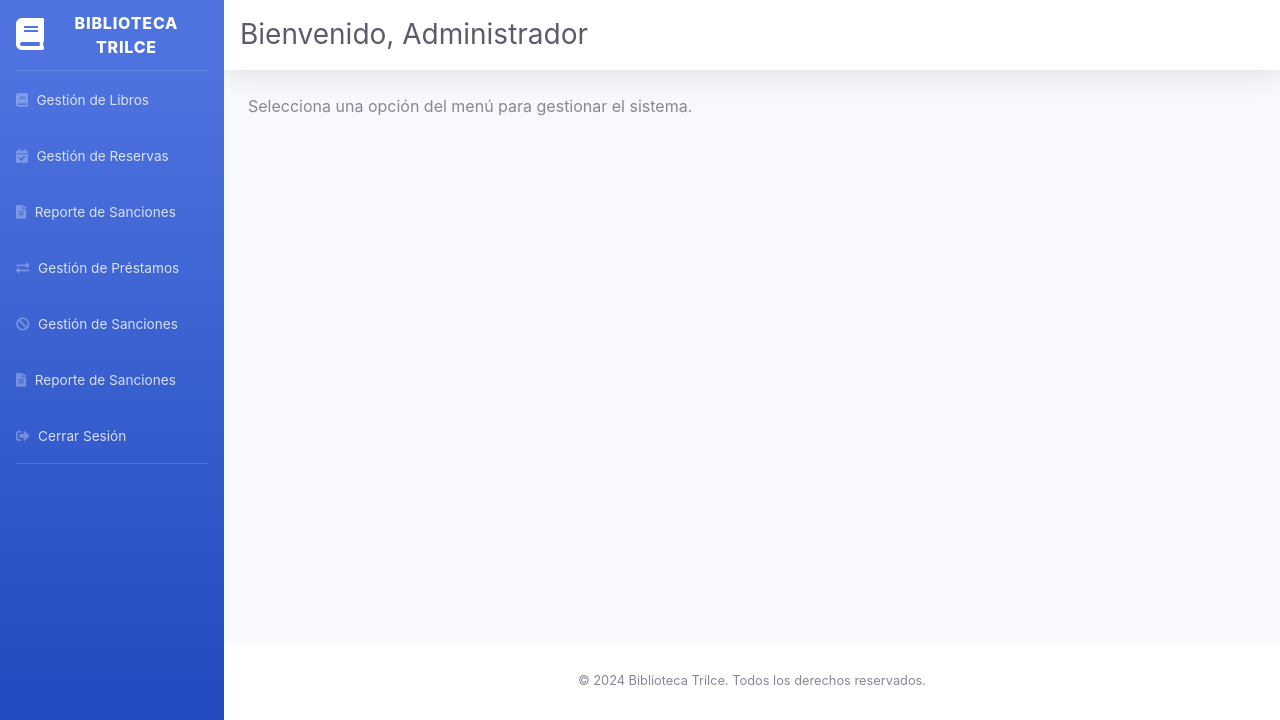
Repository: maycky02/Bibloteca_integrador
Page: http://localhost/admin/dashboard
These files come from the project's save history. The page is drawn as it stood at one moment and after the next save; the edit follows.
The browser window is 1280 px wide. The pictures show the whole page.
The page is this project's Thymeleaf template; nobody is signed in. The template is opened directly, without the code that normally fills it, so the values that code supplies are empty.

Above is the page before, as saved 2024-12-02 03:35:52.

After the next save:
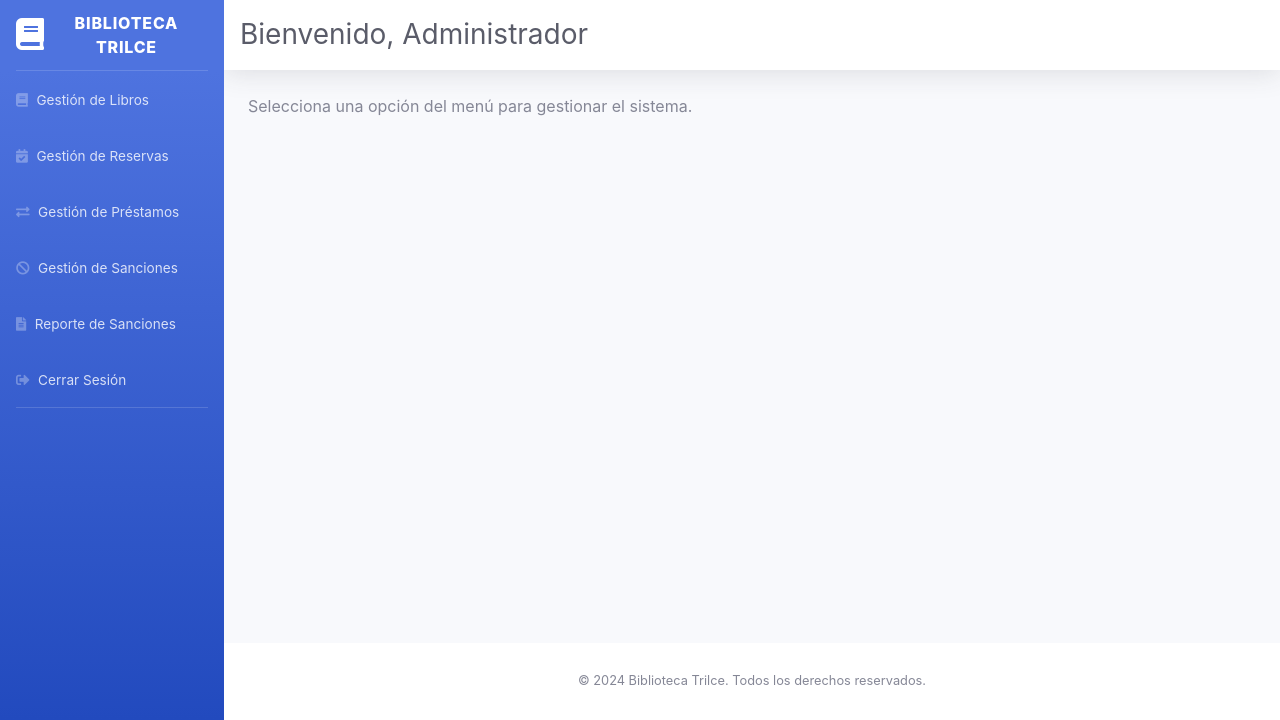
Saved 8 s later.
--- a/Bibloteca/src/main/resources/templates/admin/dashboard.html
+++ b/Bibloteca/src/main/resources/templates/admin/dashboard.html
@@ -36,12 +36,7 @@
                     <span>Gestión de Reservas</span>
                 </a>
             </li>
-            <li class="nav-item">
-                <a class="nav-link" href="/admin/reportedesanciones">
-                    <i class="fas fa-file-alt"></i>
-                    <span>Reporte de Sanciones</span>
-                </a>
-            </li>
+
             <li class="nav-item">
                 <a class="nav-link" href="/admin/prestamos">
                     <i class="fas fa-exchange-alt"></i>
